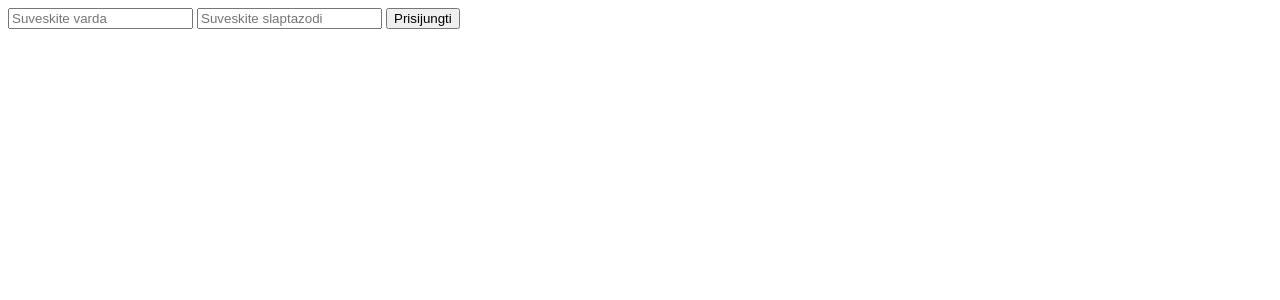
Repository: motiejus1/06-paskaita-PHP-05.31
Page: http://localhost/
These files come from the project's save history. The page is drawn as it stood at one moment and after a run of saves; the edit follows.
The browser window is 1280 px wide. The pictures show the whole page.
The page is run by PHP 8.4 with error messages shown; the project is at /var/www/html/.

Above is the page before, as saved 2021-07-29 20:37:14.

### index.php
<!DOCTYPE html>
<html lang="en">
<head>
    <meta charset="UTF-8">
    <meta http-equiv="X-UA-Compatible" content="IE=edge">
    <meta name="viewport" content="width=device-width, initial-scale=1.0">
    <title>06 paskaita</title>

</head>
<body>

    <!-- Is serverio puses net neatvaizduoti -->

    <?php echo '' ?>
    <div class="prisijungimas">
        <form action="index.php" method="get">
            <input type="text" name="vardas" placeholder="Suveskite varda"/>
            <input type="password" name="slaptazodis" placeholder="Suveskite slaptazodi"/>
            <button type="submit" name="prisijungti" >Prisijungti</button>
        </form>
    </div>

    <?php

    if(isset($_GET["prisijungti"])) {

        $registruotiVartotojai = array(
            array(
                "vardas" => "admin",
                "slaptazodis" => "admin",
                "teises" => 1
            ),
            array(
                "vardas" => "admin123",
                "slaptazodis" => "admin123",
                "teises" => 2
            ),
            array(
                "vardas" => "aaadmin",
                "slaptazodis" => "aaadmin",
                "teises" => 3
            ),
            array(
                "vardas" => "adminnnn",
                "slaptazodis" => "adminnnn",
                "teises" => 1
            ),
            array(
                "vardas" => "admmmmin",
                "slaptazodis" => "admmmmin",
                "teises" => 1
            ),
            array(
                "vardas" => "admiiiin",
                "slaptazodis" => "admiiiin",
                "teises" => 3
            ),
            array(
                "vardas" => "addddmin",
                "slaptazodis" => "addddmin",
                "teises" => 1
            ),
            array(
                "vardas" => "admmmmmmmmin",
                "slaptazodis" => "admmmmmmmmin",
                "teises" => 1
            ),
            array(
                "vardas" => "aaaaaaaadmin",
                "slaptazodis" => "aaaaaaaadmin",
                "teises" => 1
            ),
            array(
                "vardas" => "admiiiinnnnn",
                "slaptazodis" => "admin",
                "teises" => 3
            ),

        );

        if (isset($_GET["vardas"]) && !empty($_GET["vardas"]) && isset($_GET["slaptazodis"]) && !empty($_GET["slaptazodis"]) )
        {

            //kazkurk turim nustatyti sausainiuka
            //kuris turi saugoti ka? vardas,
            $vardas = $_GET["vardas"];
            $slaptazodis = $_GET["slaptazodis"];

            foreach($registruotiVartotojai as $elementas) {

                $teisingasDuomuo = false;
                $laikinasis_vardas = "";
                $laikinasis_teises = "";
                if($vardas == $elementas["vardas"] && $slaptazodis == $elementas["slaptazodis"]) {
                    $teisingasDuomuo = true;
                    $laikinasis_vardas = $elementas["vardas"];
                    $laikinasis_teises = $elementas["teises"];
                    break;
                }
            }


            if($teisingasDuomuo) {

                // echo $laikinasis_vardas;
                // echo $laikinasis_teises;
                //Isvesti elementas["vardas"] ir elementas["teises"]
                echo "Sveikas atvykes ". $laikinasis_vardas ." ". $laikinasis_teises;

                setcookie("prisijungti",  $laikinasis_vardas, time() + 3600 * 24, "/");
                setcookie("teises",  $laikinasis_teises, time() + 3600 * 24, "/");
            } else {
                echo "Bandykite jungtis is naujo";
            }
            // foreach()
            // for() cikle


        } else {
            echo "Laukeliai yra tusti";
        }
        var_dump($registruotiVartotojai);
    }

// 3. Sukurkite du input laukelius. Vienas -  vardas, kitas - slaptažodis.
// Susikurkite registruotu vartotoju masyva(bent 10).
//Registruotu vartotoju masyve suvesti teisiu duomenis.
// 1 - administratorius
// 2 - vartotojas
// 3 - turinio redaguotojas
// Jei sugalvota kombinacija sutampa su tuo,
// kas įvesta į input laukelius.
//*Jei duomenys yra įvesti teisingi, vartotojas nukreipiamas į failą - manopaskyra.php.
//Kuriame mato pranesima, su "Sveikas atvykes" ir savo varda.
//*Kitu atveju, vartotojas nukreipiamas į puslapį - 404.php
 // Svetaine turi atsiminti, kad vartotojas yra prisijunges(Cookies)
 // Taip pat manopaskyra.php turi buti mygtukas "Atsijungti".

    ?>
</body>
</html>

After the next 2 saves:
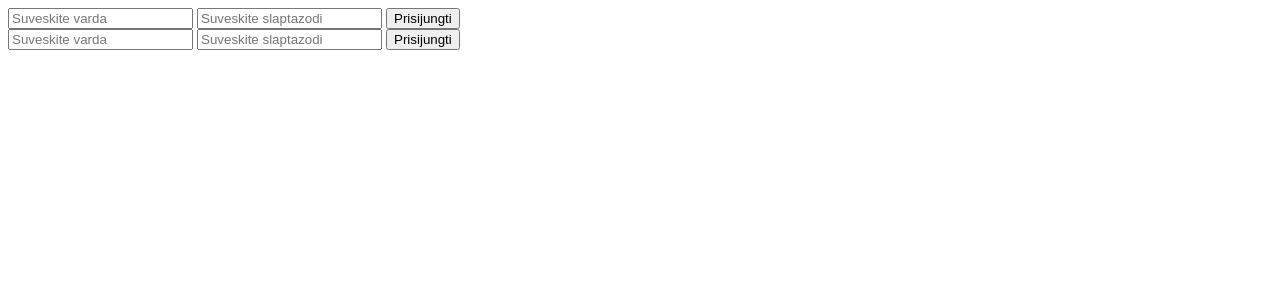
The 2 saves are shown as one change because they came seconds apart.
The last was saved 6 s later.
--- a/index.php
+++ b/index.php
@@ -11,7 +11,13 @@
 
     <!-- Is serverio puses net neatvaizduoti -->
 
-    <?php echo '' ?>
+    <?php echo '<div class="prisijungimas">
+        <form action="index.php" method="get">
+            <input type="text" name="vardas" placeholder="Suveskite varda"/>
+            <input type="password" name="slaptazodis" placeholder="Suveskite slaptazodi"/>
+            <button type="submit" name="prisijungti" >Prisijungti</button>
+        </form>
+    </div>'; ?>
     <div class="prisijungimas">
         <form action="index.php" method="get">
             <input type="text" name="vardas" placeholder="Suveskite varda"/>

After the save that followed:
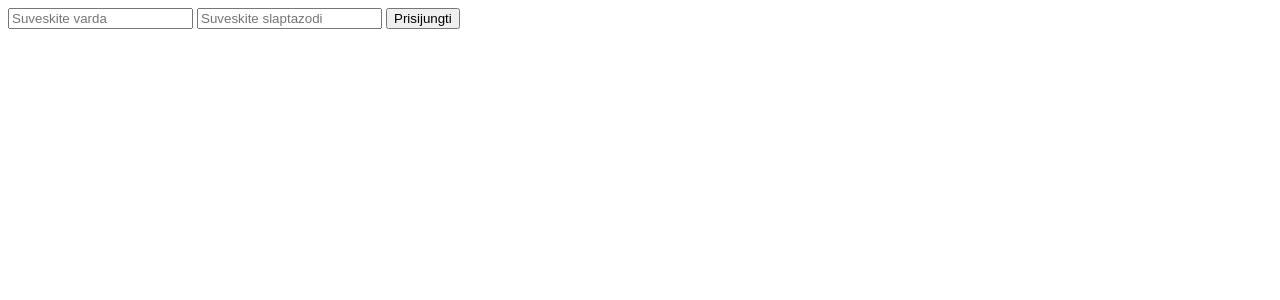
Saved 35 s later.
--- a/index.php
+++ b/index.php
@@ -11,13 +11,7 @@
 
     <!-- Is serverio puses net neatvaizduoti -->
 
-    <?php echo '<div class="prisijungimas">
-        <form action="index.php" method="get">
-            <input type="text" name="vardas" placeholder="Suveskite varda"/>
-            <input type="password" name="slaptazodis" placeholder="Suveskite slaptazodi"/>
-            <button type="submit" name="prisijungti" >Prisijungti</button>
-        </form>
-    </div>'; ?>
+
     <div class="prisijungimas">
         <form action="index.php" method="get">
             <input type="text" name="vardas" placeholder="Suveskite varda"/>
